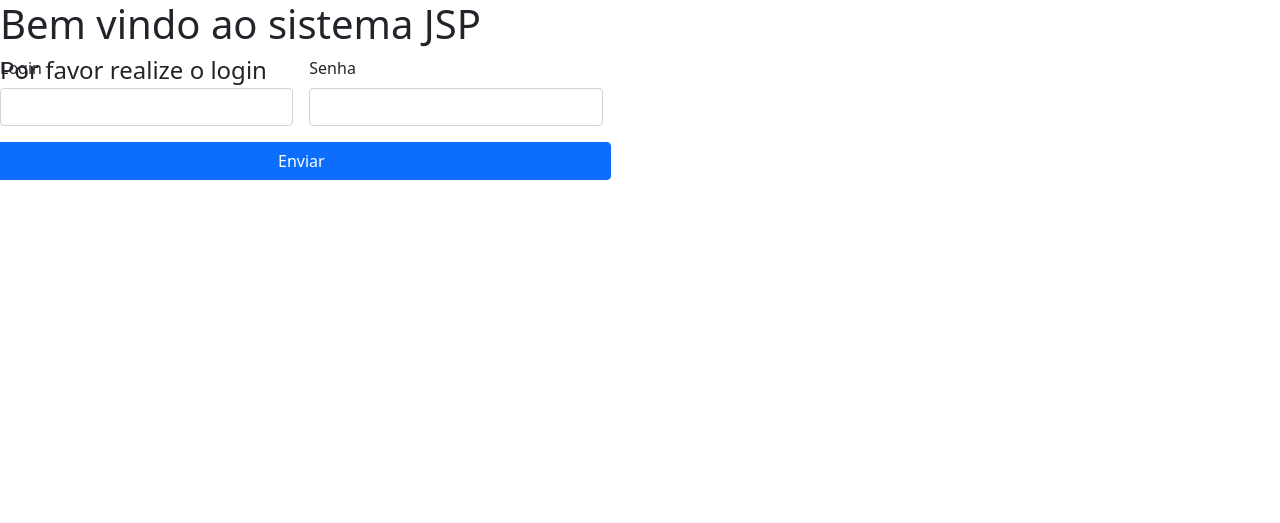
Repository: EduCarmo/PROJETO_JAVA-JSP_JDBC_SQL_JAVA
Page: http://localhost/curso-jsp/principal/navbar.jsp
An editor plug-in stored every save of this project. The page is shown before and after the next save, followed by the edit.
The browser window is 1280 px wide. The pictures show the whole page.
The page is served by Tomcat 10. Other server files are loaded and not shown.

Above is the page before, as saved 2024-03-13 21:57:15.

### curso-jsp/src/main/webapp/index.jsp
<%@ page language="java" contentType="text/html; charset=UTF-8"
	pageEncoding="UTF-8"%>
<!DOCTYPE html>
<html lang="pt-BR">
<head>
<meta charset="UTF-8">
<meta name="viewport" content="width=device-width, initial-scale=1">

<link
	href="https://cdn.jsdelivr.net/npm/bootstrap@5.0.2/dist/css/bootstrap.min.css"
	rel="stylesheet"
	integrity="sha384-EVSTQN3/azprG1Anm3QDgpJLIm9Nao0Yz1ztcQTwFspd3yD65VohhpuuCOmLASjC"
	crossorigin="anonymous">

<title>Curso JSP</title>

<style type="text/css">

form{
	position: absolute;
}

</style>

</head>
<body>

	<h1>Bem vindo ao sistema JSP</h1>

	<form action="ServletLogin" method="post" class="row g-3">

		<input type="hidden" value="<%=request.getParameter("url")%>"
			name="url">

		<div class="col-md-6">
			<label class="form-label">Login</label>
			<input name="login" type="text" class="form-control">
		</div>

		<div class="col-md-6">
			<label class="form-label">Senha</label>
			<input name="senha" type="password" class="form-control">
		</div>

		<input type="submit" value="Enviar" class="btn btn-primary">
	</form>

	<h4>${msg}</h4>

	<script
		src="https://cdn.jsdelivr.net/npm/bootstrap@5.0.2/dist/js/bootstrap.bundle.min.js"
		integrity="sha384-MrcW6ZMFYlzcLA8Nl+NtUVF0sA7MsXsP1UyJoMp4YLEuNSfAP+JcXn/tWtIaxVXM"
		crossorigin="anonymous"></script>

</body>
</html>

After the next save:
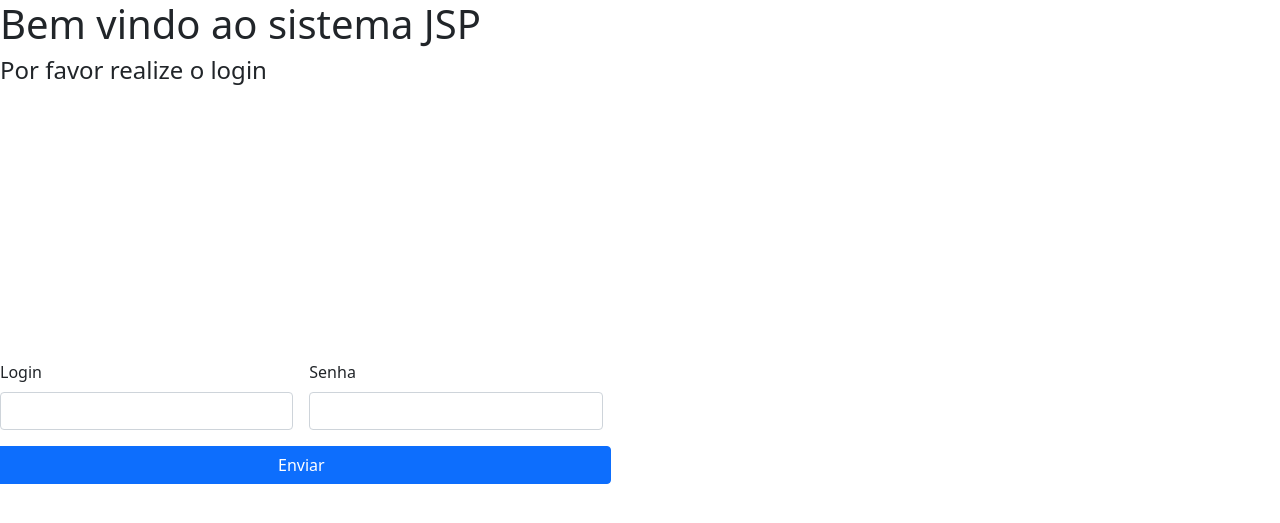
Saved 90 s later.
--- a/curso-jsp/src/main/webapp/index.jsp
+++ b/curso-jsp/src/main/webapp/index.jsp
@@ -18,6 +18,7 @@
 
 form{
 	position: absolute;
+	top: 50%;
 }
 
 </style>
